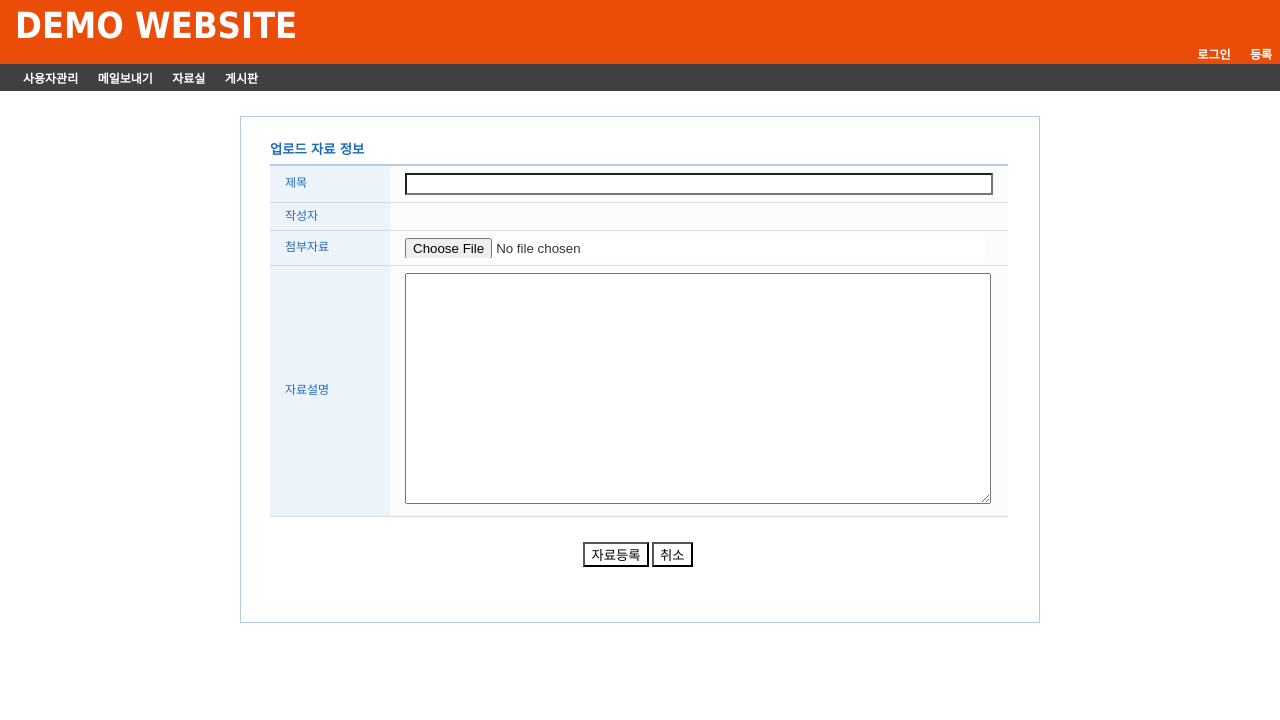
Repository: yeobinJeong/demoweb
Page: http://localhost/demoweb/upload/writeform.action
These files come from the project's save history. The page is drawn as it stood at one moment and after the next save; the edit follows.
The browser window is 1280 px wide. The pictures show the whole page.
The page is served by Tomcat 9.

Above is the page before, as saved 2016-04-11 07:34:13.

After the next save:
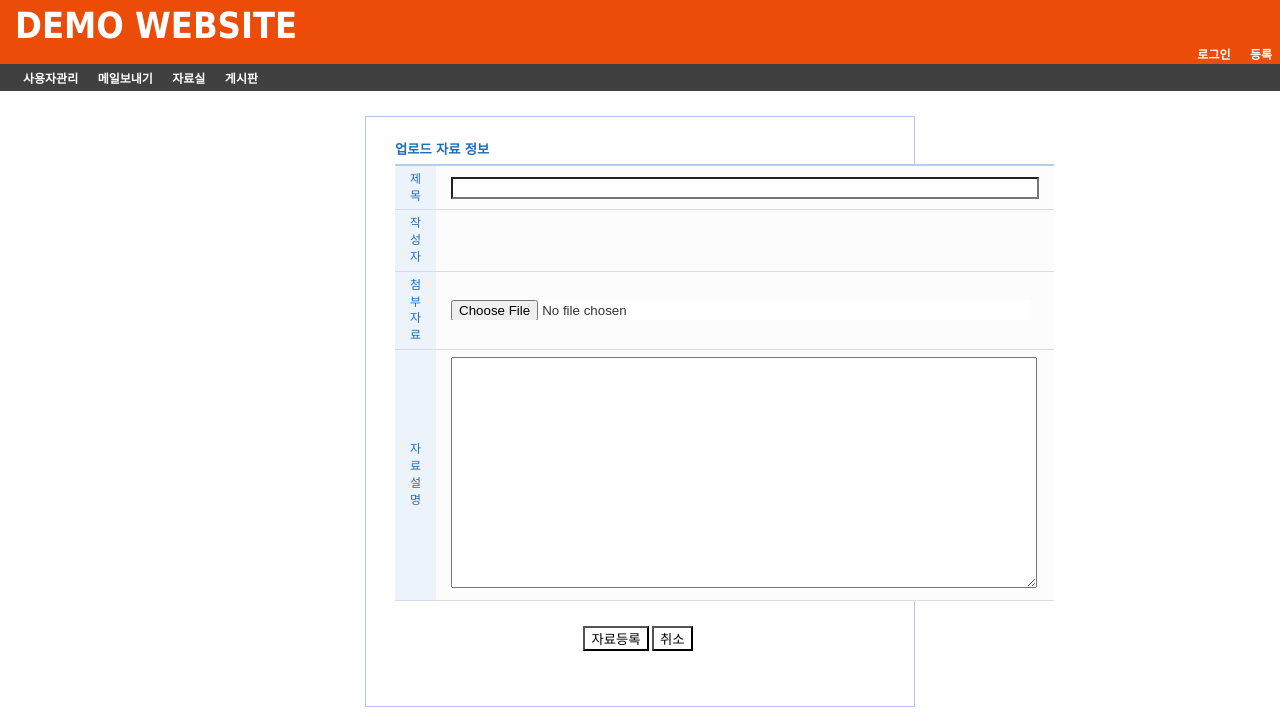
Saved 13 min 38 s later.
--- a/demoweb/WebContent/WEB-INF/views/upload/uploadwriteform.jsp
+++ b/demoweb/WebContent/WEB-INF/views/upload/uploadwriteform.jsp
@@ -10,7 +10,7 @@
 	<meta charset="utf-8" />
 	<title>자료업로드</title>
 	<link rel="Stylesheet" href="/demoweb/styles/default.css" />
-	<link rel="Stylesheet" href="/demoweb/styles/input2.css" />
+	<link rel="Stylesheet" href="/demoweb/styles/input.css" />
 </head>
 <body>
 

After the save that followed:
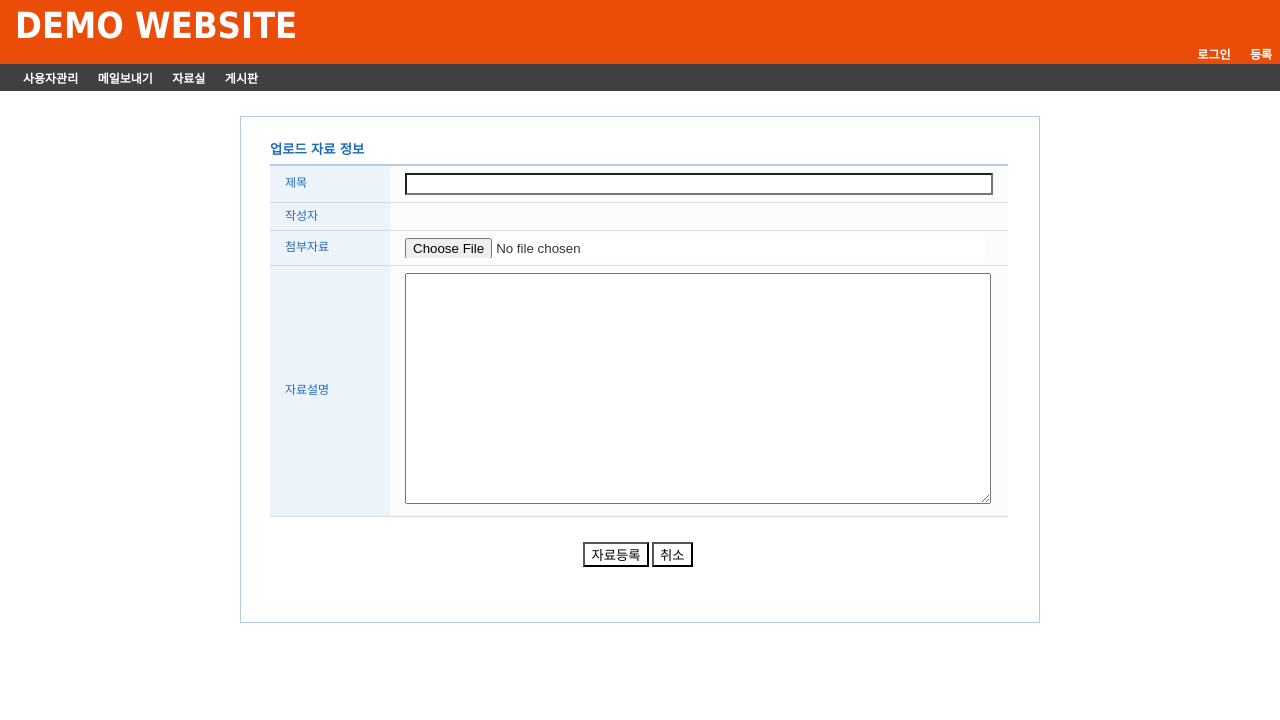
Saved 56 s later.
--- a/demoweb/WebContent/WEB-INF/views/upload/uploadwriteform.jsp
+++ b/demoweb/WebContent/WEB-INF/views/upload/uploadwriteform.jsp
@@ -10,7 +10,7 @@
 	<meta charset="utf-8" />
 	<title>자료업로드</title>
 	<link rel="Stylesheet" href="/demoweb/styles/default.css" />
-	<link rel="Stylesheet" href="/demoweb/styles/input.css" />
+	<link rel="Stylesheet" href="/demoweb/styles/input2.css" />
 </head>
 <body>
 
